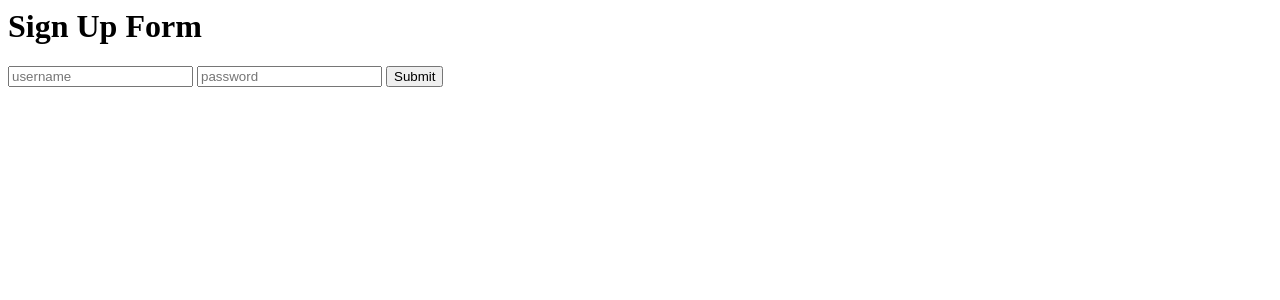
Repository: karanagg262/The-Web-Development-Bootcamp
Page: http://localhost/register
The author's editor kept a record of every edit. The page is drawn from the files as they stood at one moment, then again after the next edit.
The browser window is 1280 px wide. The pictures show the whole page.
The page is served by the project's Node server (Authentication/Authdemo/app.js). Other server files are loaded and not shown.

Above is the page before.

### Backend and full scale projects/Authentication/Authdemo/views/register.ejs
<h1>Sign Up Form</h1>
<form action="/register" method="POST">
    <input type="text" name="username" placeholder="username">
    <input type="password" name="password" placeholder="password">
    <button>Submit</button>
</form>

### Backend and full scale projects/Authentication/Authdemo/app.js
var express = require("express"),
    mongoose = require("mongoose"),
    bodyparser = require("body-parser"),
    passport = require("passport"),
    localstartegy = require("passport-local"),
    user = require("./models/user"),
    passportlocalmongoose =  require("passport-local-mongoose"),
    app = express();

mongoose.connect('mongodb://localhost:27017/authdemoapp', {useNewUrlParser: true, useUnifiedTopology: true});
app.set('view engine', 'ejs');
app.use(require("express-session")({
   secret: "Rusty is worst dog",
   resave: false,
   saveUninitialized: false
}));
app.use(passport.initialize());
app.use(passport.session());
app.use(bodyparser.urlencoded({extended: true}));

passport.use(new localstartegy(user.authenticate()));
passport.serializeUser(user.serializeUser());
passport.deserializeUser(user.deserializeUser());


//ROUTES

app.get("/", function(req, res){
   res.render("home");
});

app.get("/secret", isloggedin, function(req, res){
    res.render("secret");
})

//Auth routes

//SignUp Routes
app.get("/register", function(req, res) {
    res.render("register");
});

app.post("/register", function(req, res){
    user.register(new user({username: req.body.username}), req.body.password, function(err, user){
      if(err){
          console.log(err);
          return res.render("/register");
      }
    passport.authenticate("local")(req, res, function(){
        res.redirect("/secret");
    });
  });
});


//Login Routes
app.get("/login", function(req, res) {
    res.render("login");
});

app.post("/login", passport.authenticate("local" ,{
    successRedirect: "/secret",
    failureRedirect: "/login"
}), function(req, res){
});

app.get("/logout", function(req, res) {
    req.logout();
    res.redirect("/");
});

function isloggedin(req, res, next){
    if(req.isAuthenticated()){
        return next();
    }
    res.redirect("/login");
}
app.listen(process.env.PORT, process.env.IP, function(){
    console.log("Event Started");
})

After the next edit:
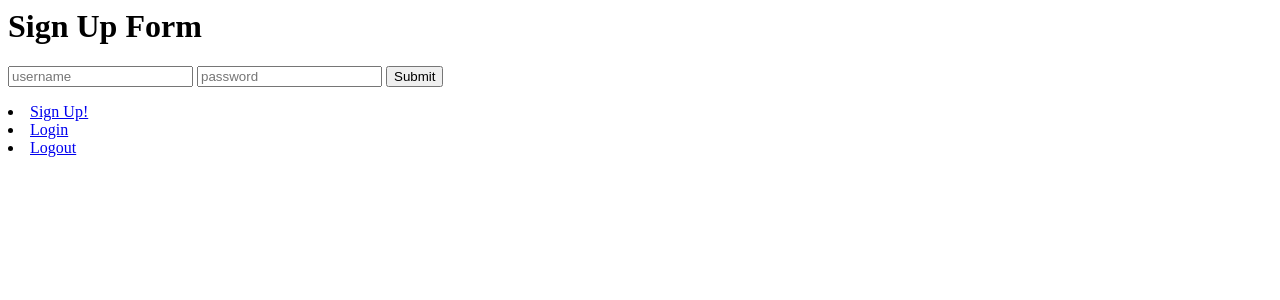
The edit:
--- a/Backend and full scale projects/Authentication/Authdemo/views/register.ejs
+++ b/Backend and full scale projects/Authentication/Authdemo/views/register.ejs
@@ -4,3 +4,7 @@
     <input type="password" name="password" placeholder="password">
     <button>Submit</button>
 </form>
+
+<li><a href="/register">Sign Up!</a></li>
+<li><a href="/login">Login</a></li>
+<li><a href="/logout">Logout</a></li>
